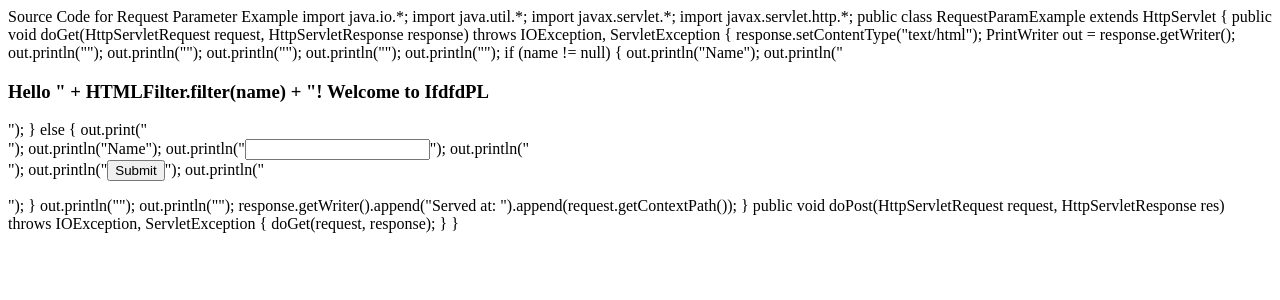
Repository: umng/Learn-to-Program
Page: Java/CTS_SFDC/workspace/Validate Player details/WebContent/index.html
The author's editor kept a copy of each file at every save. The page is drawn from the files as they stood at one save, then again after the next save.
The browser window is 1280 px wide. The pictures show the whole page.

Above is the page before, as saved 2017-02-23 08:25:11.

After the next save:
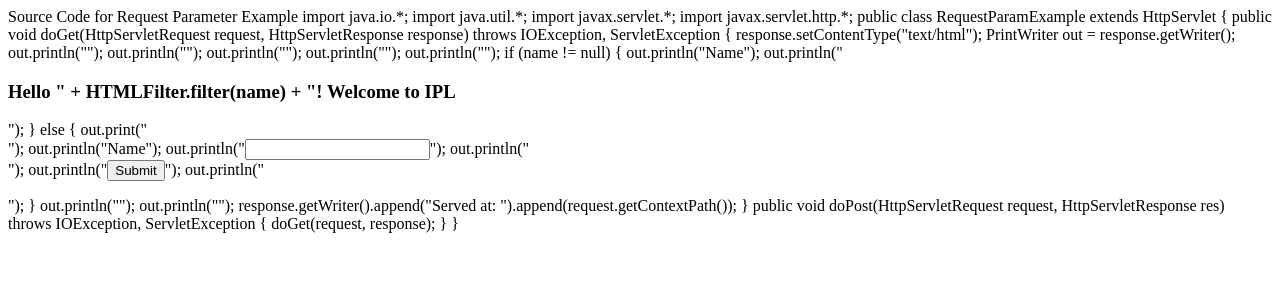
Saved 54 s later.
--- a/Java/CTS_SFDC/workspace/Validate Player details/WebContent/index.html
+++ b/Java/CTS_SFDC/workspace/Validate Player details/WebContent/index.html
@@ -20,7 +20,7 @@
         out.println("<body>");
         if (name != null) {
             out.println("Name");
-            out.println("<h3>Hello " + HTMLFilter.filter(name) + "! Welcome to IfdfdPL</h3>");
+            out.println("<h3>Hello " + HTMLFilter.filter(name) + "! Welcome to IPL</h3>");
         } else {
 	        out.print("<form action=\"");
 	        out.print("index.html\" ");
